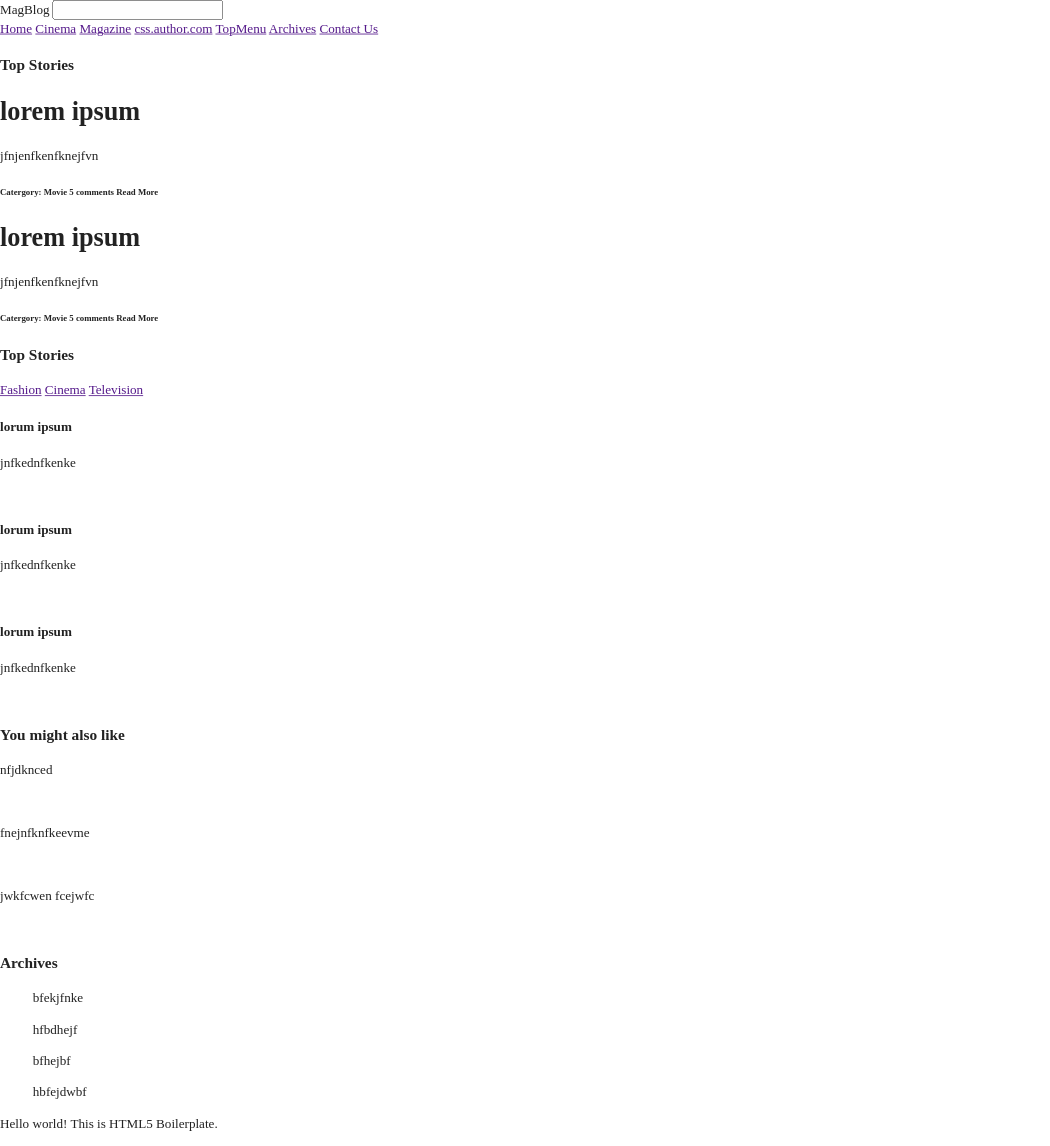
Repository: bguemos/project1lab3
Page: index.html
These files come from the project's save history. The page is drawn as it stood at one moment and after the next save; the edit follows.
The browser window is 1280 px wide. The pictures show the whole page, at 82% of full size.

Above is the page before, as saved 2023-01-17 21:40:01.

After the next save:
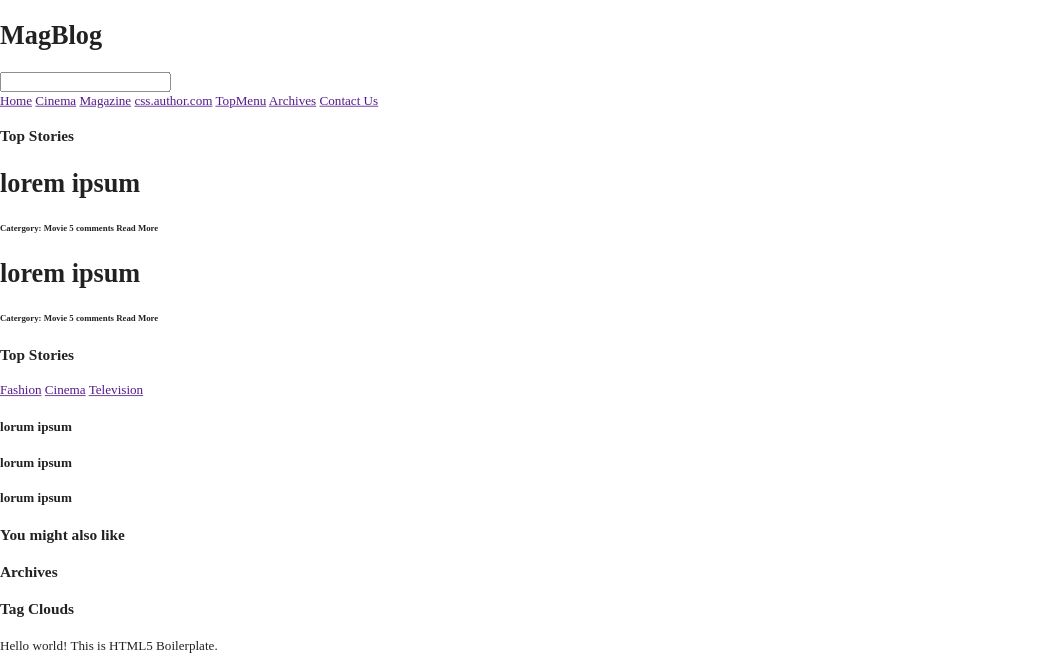
Saved 13 h 3 min later.
--- a/index.html
+++ b/index.html
@@ -23,8 +23,8 @@
 </head>
 
 <body>
-  <div class="magazineheader">
-    <hi>MagBlog</hi>
+  <div class="mainpageheader">
+    <h1>MagBlog</h1>
   <input class="headersearchbar">
   <div class="socialmedialinks"></div>
 </div>
@@ -41,57 +41,58 @@
   <div class="maincontent">
     <div class="topstories">
       <h3>Top Stories</h3>
-
     </div>
     <div class="avatar">
       <h1> lorem ipsum</h1>
-      <p>jfnjenfkenfknejfvn</p>
+
       <h6> Catergory: Movie  5 comments Read More</h6>
     </div>
     <div class="avatar2">
       <h1> lorem ipsum</h1>
-      <p>jfnjenfkenfknejfvn</p>
+
       <h6> Catergory: Movie  5 comments Read More</h6>
 
     </div>
     <div class="topstorysidebar">
+      <div class="sidebar1">
       <h3>Top Stories</h3>
       <a href>Fashion</a>
       <a href>Cinema</a>
       <a href>Television</a>
       <h4>lorum ipsum</h4>
-      <p>jnfkednfkenke</p>
-      <br>
+
       <h4>lorum ipsum</h4>
-      <p>jnfkednfkenke</p>
-      <br>
+
       <h4>lorum ipsum</h4>
-      <p>jnfkednfkenke</p>
+      </div>
+     <div class="sidebar2">
+     <h3>You might also like</h3>
+    </div>
+    <div class="sidebar3">
+    <h3>Archives</h3>
+    </div>
+    <div class="sidebar4">
+      <h3>Tag Clouds</h3>
+    </div>
+   </div>
 
-       <br>
-      <h3>You might also like</h3>
-      <p>nfjdknced</p>
-      <br>
-      <p>fnejnfknfkeevme</p>
-      <br>
-      <p>jwkfcwen fcejwfc</p>
-      <br>
-      <h3>Archives</h3>
-      <ul>bfekjfnke</ul>
-      <ul>hfbdhejf</ul>
-      <ul>bfhejbf</ul>
-      <ul>hbfejdwbf</ul>
+ <div class="aftermaincontent">
+  <div class="slogan">
+    <h1></h1>
+  </div>
+  <div class="tickets">
 
+  </div>
+  <div class="contactus">
 
-    </div>
- </div>
- <div class="aftermaincontent">
-  <div class="informationlinks"></div>
-
-
-
- </div>
- <div class="magazinefooter">
+  </div>
+</div>
+ <div class="mainpagefooter">
+  <h1></h1>
+  <h1></h1>
+  <h1></h1>
+  <h1></h1>
+  <div class="socialmediahandles"></div>
 
  </div>
 
